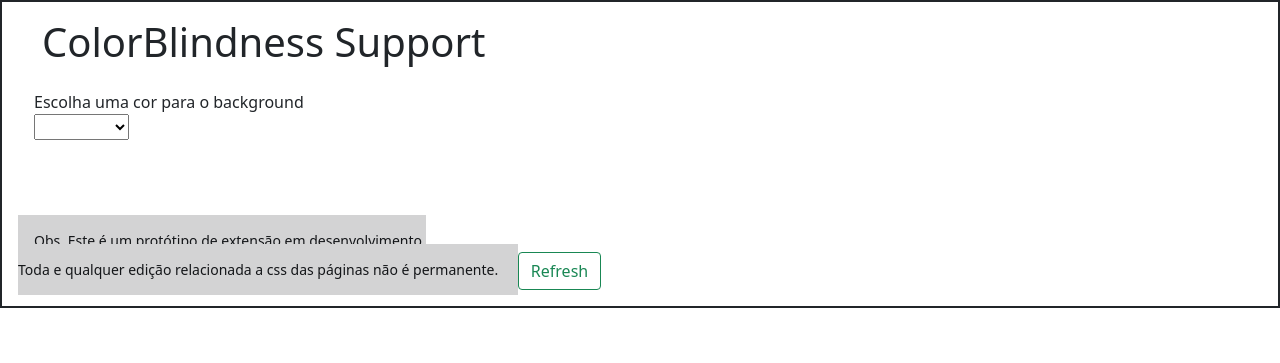
Repository: pedrosiqueira/daltonchrome
Page: popup.html
The author's editor kept a copy of each file at every save. The page is drawn from the files as they stood at one save, then again after the next save.
The browser window is 1280 px wide. The pictures show the whole page.

Above is the page before, as saved 2022-06-17 13:21:55.

### popup.html
<!DOCTYPE html>
<html>

<head>
    <meta charset="utf-8" />
    <link href="css/vendor/bootstrap.min.css" rel="stylesheet" crossorigin="anonymous">
    <link rel="stylesheet" type="text/css" href="css/popup.css" />
</head>

<body class="p-3 flex border border-dark border-2 ">

    <div class="container flex row">

        <h1 class="form-title"> ColorBlindness Support </h1>
        <!--  <div class="form-check form-switch col">
            <input class="form-check-input" type="checkbox" id="flexSwitchCheckChecked">
            <label class="form-check-label" for="flexSwitchCheckChecked" id="MeuSwitch">Ativar extensão</label>
        </div>
        <button id="meubotao" type="button" class="btn row w-10 h-15 btn-dark">
            Clique-me
        </button> -->
    </div>

    <div class="p-3">
        <label for="cores">Escolha uma cor para o background</label>
        <br>
        <select name="cores" id="cores">
            <option value="#"> </option>
            <option value="red">Vermelho</option>
            <option value="green">Verde</option>
            <option value="blue">Azul</option>
        </select>
    </div>
    <br> <br><br>
    <alert id="alert" class="alert-dark form-text p-3">Obs. Este é um protótipo de extensão em desenvolvimento.<br>
    Toda e qualquer edição relacionada a css das páginas não é permanente.
    </alert>
    <button id="refresh" class="btn btn-outline-success"type="button">
    Refresh
    </button>

    <script src="js/vendor/jquery-3.6.0.min.js"></script>
    <script src="js/vendor/bootstrap.bundle.min.js"></script>
    <script src="js/popup.js"></script>
</body>

</html>

### css/popup.css
body {
    min-width:600px;
    min-height:300px;
}

#table-wrapper {
    position:relative;
    white-space: nowrap;
}
#table-scroll {
    overflow:auto;
    margin-top:20px;
}
#table-wrapper table {
    width:100%;

}

#table-wrapper table thead th .text {
    position:absolute;
    top:-20px;
    z-index:2;
    height:20px;
    width:35%;
    border:1px solid red;
}

#table-wrapper table tbody td{
    border: 1px solid black;
}

### js/popup.js
start()

function start() {
    $("#meubotao").click(umafuncao)
}

function ativar(){
    $("#MeuSwitch")
}


async function umafuncao() {

    // obtém a aba atual
    [currentTab] = await chrome.tabs.query({ active: true, currentWindow: true });

    // envia mensagem para a aba atual
    chrome.tabs.sendMessage(currentTab.id, { nome: "Carol", curso: "TADS", orientador: "pedro" }, callback);


}

// funcao que recebe a resposta da mensagem que foi enviada para alguma aba
function callback(response) {
    console.log("ufa, a mensagem conseguiu chegar!")
    console.log(response)
}

Loaded but not shown: css/vendor/bootstrap.min.css (library); js/vendor/jquery-3.6.0.min.js (library); js/vendor/bootstrap.bundle.min.js (library)

After the next save:
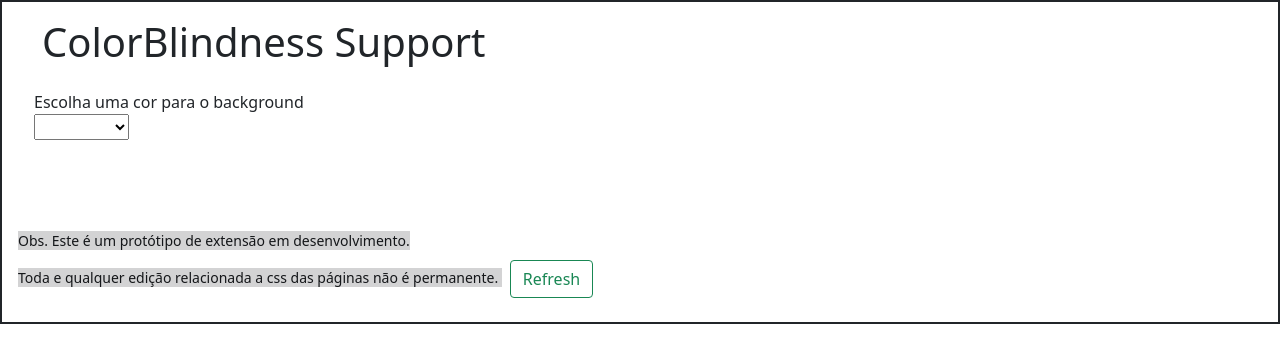
Saved 20 s later.
--- a/popup.html
+++ b/popup.html
@@ -32,10 +32,10 @@
         </select>
     </div>
     <br> <br><br>
-    <alert id="alert" class="alert-dark form-text p-3">Obs. Este é um protótipo de extensão em desenvolvimento.<br>
+    <alert id="alert" class="alert-dark form-text">Obs. Este é um protótipo de extensão em desenvolvimento.<br>
     Toda e qualquer edição relacionada a css das páginas não é permanente.
     </alert>
-    <button id="refresh" class="btn btn-outline-success"type="button">
+    <button id="refresh" class="btn btn-outline-success m-2"type="button">
     Refresh
     </button>
 
